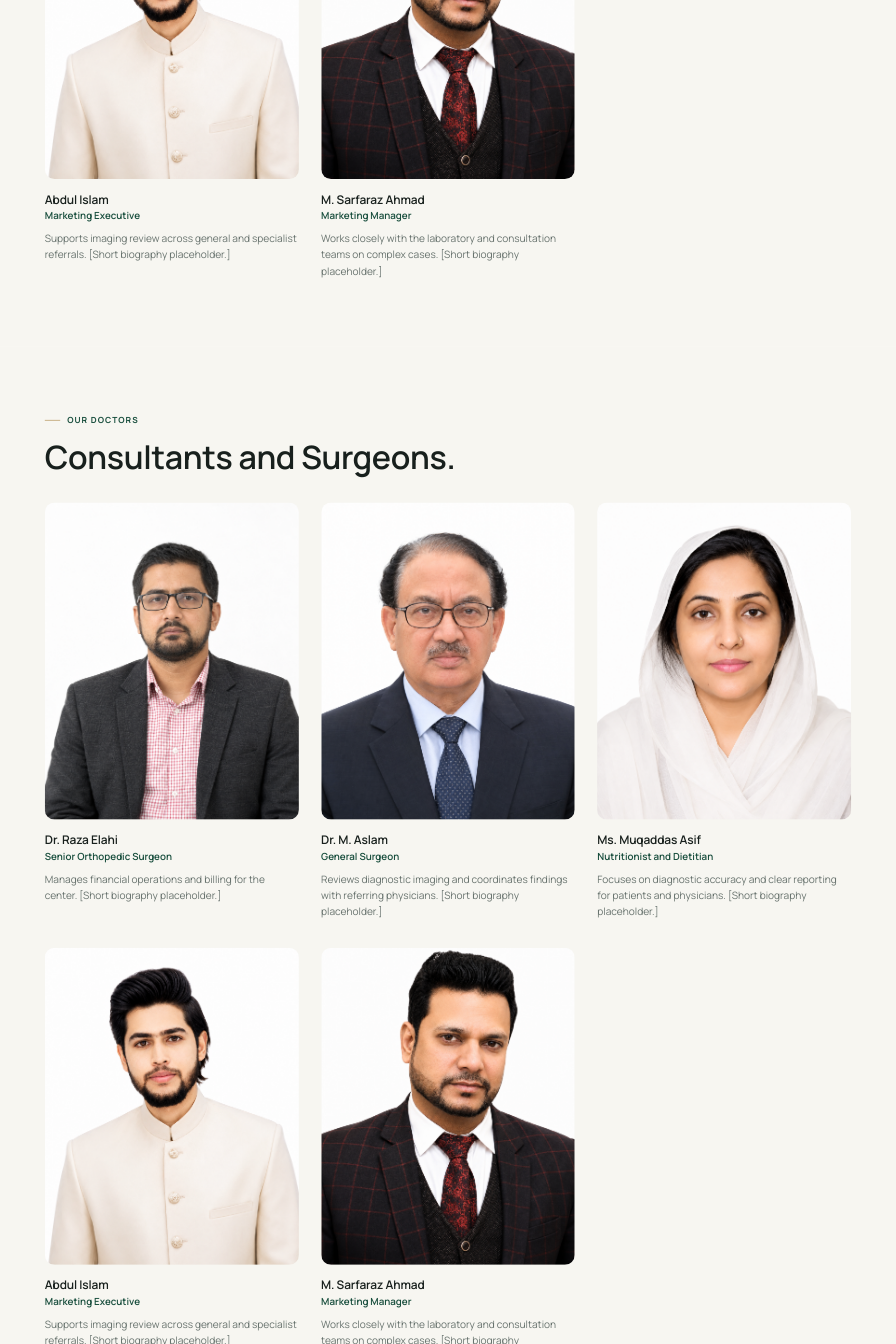
Repository: mraeesaziz45/al-farah
Page: team.html
These files come from the project's save history. The page is drawn as it stood at one moment and after the next save; the edit follows.
The browser window is 1280 px wide. The pictures show the part of the page from y = 2387 to 4307 px (the page is 5321 px tall), at 70% of full size.

Above is the page before, as saved 2026-09-08 17:12:15.

After the next save:
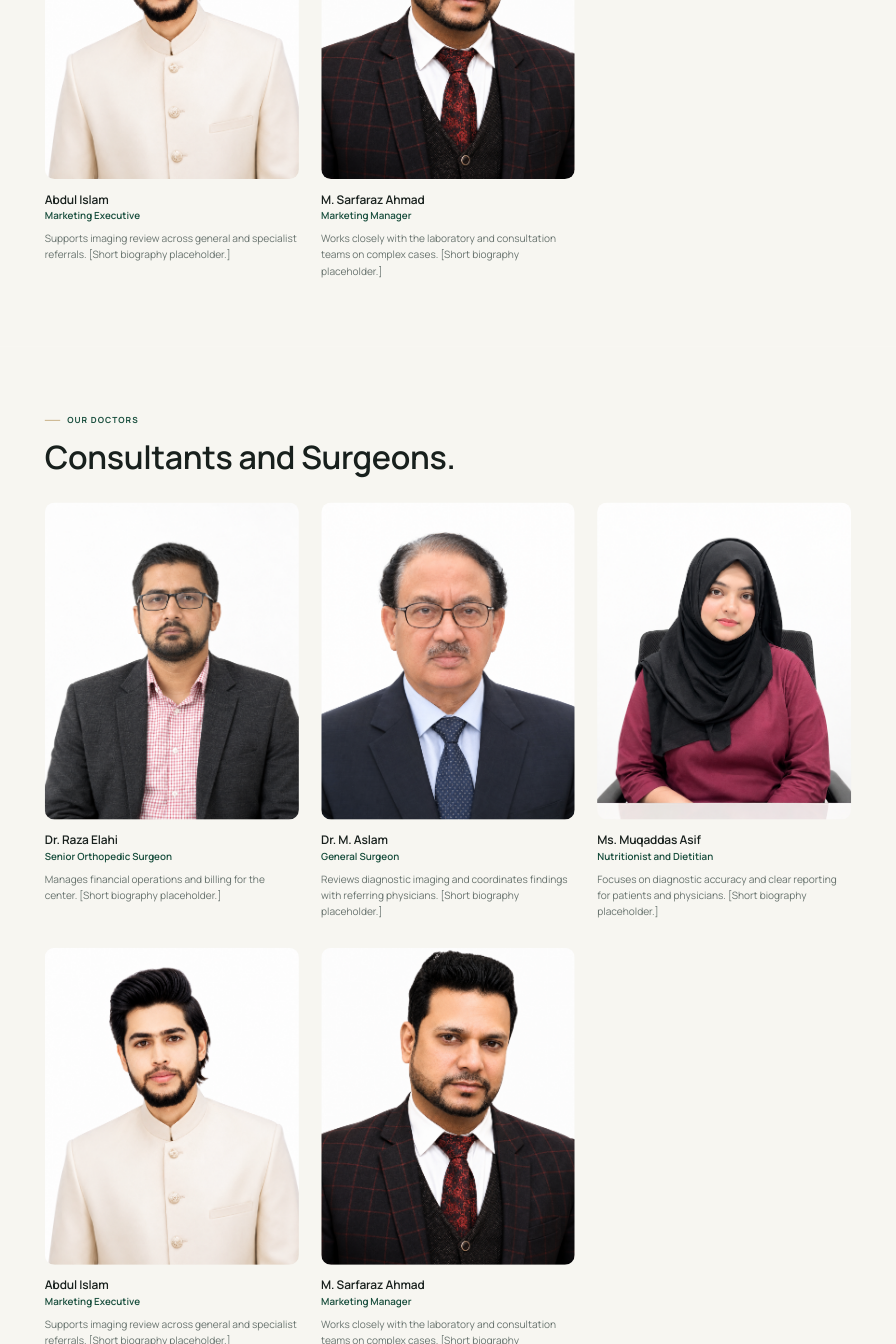
Saved 11 s later.
--- a/team.html
+++ b/team.html
@@ -159,7 +159,7 @@
         </div>
         <div class="team-card" data-reveal>
           <div class="team-card-media">
-            <img src="assets/images/team/aneela-tabassum.png" alt="Portrait placeholder for a radiologist" width="1000" height="1250" loading="lazy" decoding="async">
+            <img src="assets/images/team/muqaddas-asif.png" alt="Portrait placeholder for a radiologist" width="1000" height="1250" loading="lazy" decoding="async">
           </div>
           <h3 class="h4">Ms. Muqaddas Asif</h3>
           <span class="role">Nutritionist and Dietitian</span>
